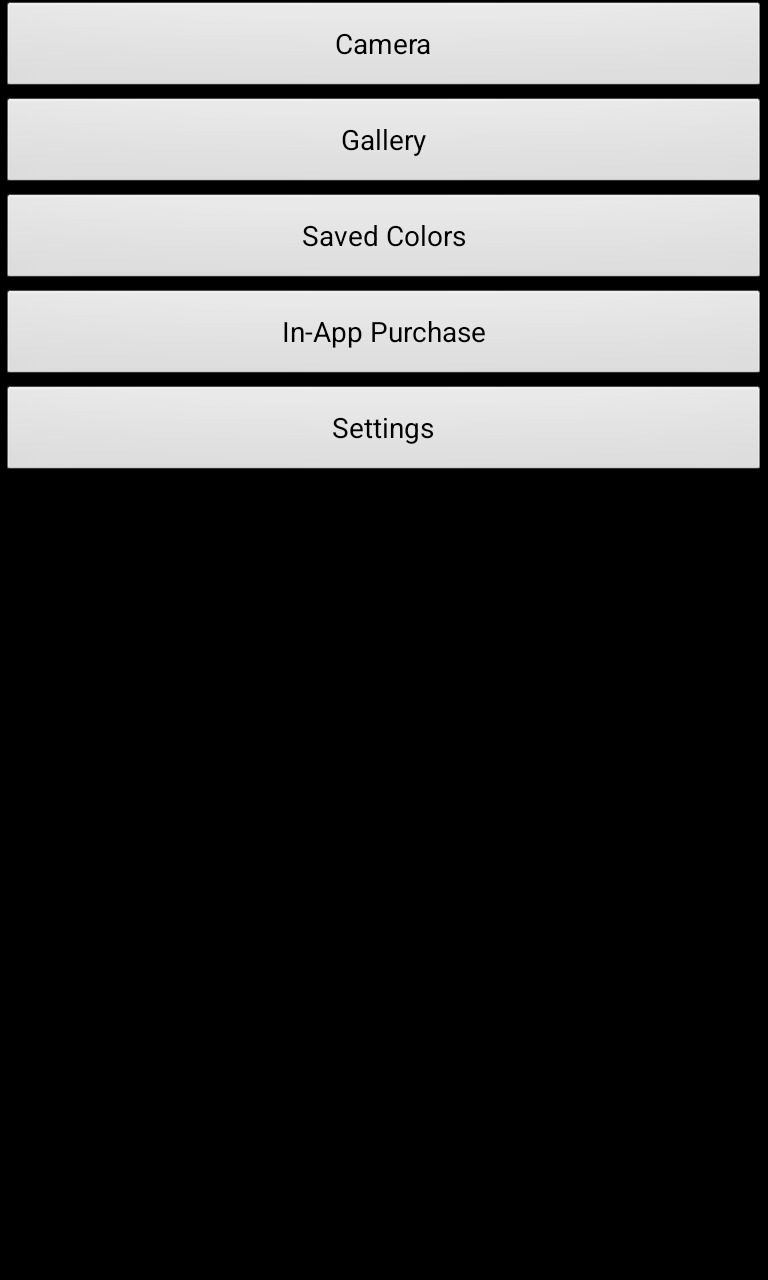
Repository: jwanglof/Rangi
Layout: client/Rangi/res/layout/mainmenu.xml
An editor plug-in stored every save of this project. The layout is shown before and after the next save, followed by the edit.
It is drawn on a 768 x 1280 px phone screen (xhdpi) without system bars, with theme android:Theme.NoTitleBar; the app's code is not run.

Above is the layout before, as saved 2012-11-01 11:06:55.

### client/Rangi/res/layout/mainmenu.xml
<?xml version="1.0" encoding="utf-8"?>
<LinearLayout xmlns:android="http://schemas.android.com/apk/res/android"
              android:orientation="vertical"
              android:layout_width="fill_parent"
              android:layout_height="fill_parent"
        >
    <Button
            android:layout_width="fill_parent"
            android:layout_height="wrap_content"
            android:text="Camera"
            android:id="@+id/camera_button"
            android:onClick="camera"/>
    <Button
            android:layout_width="fill_parent"
            android:layout_height="wrap_content"
            android:text="Gallery"
            android:id="@+id/gallery_button"
            android:onClick="gallery"/>
    <Button
            android:layout_width="fill_parent"
            android:layout_height="wrap_content"
            android:text="Saved Colors"
            android:id="@+id/saved_colors_button"
            android:onClick="saved_colors"/>
    <Button
            android:layout_width="fill_parent"
            android:layout_height="wrap_content"
            android:text="In-App Purchase"
            android:id="@+id/in_app_button"
            android:onClick="in_app"/>
    <Button
            android:layout_width="fill_parent"
            android:layout_height="wrap_content"
            android:text="Settings"
            android:id="@+id/settings_button"
            android:onClick="settings"/>
</LinearLayout>

After the next save:
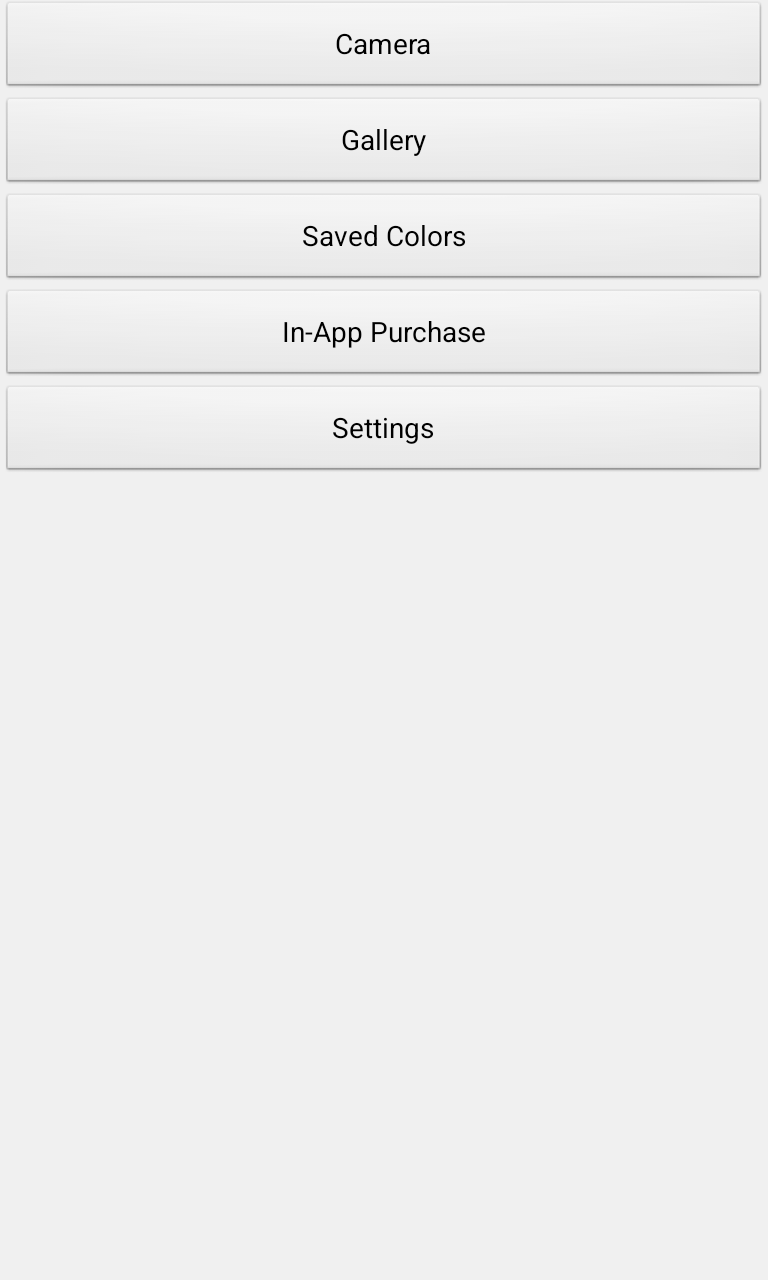
Saved 84 min 4 s later.
--- a/client/Rangi/res/layout/mainmenu.xml
+++ b/client/Rangi/res/layout/mainmenu.xml
@@ -3,6 +3,7 @@
               android:orientation="vertical"
               android:layout_width="fill_parent"
               android:layout_height="fill_parent"
+              android:background="#f0f0f0"
         >
     <Button
             android:layout_width="fill_parent"
